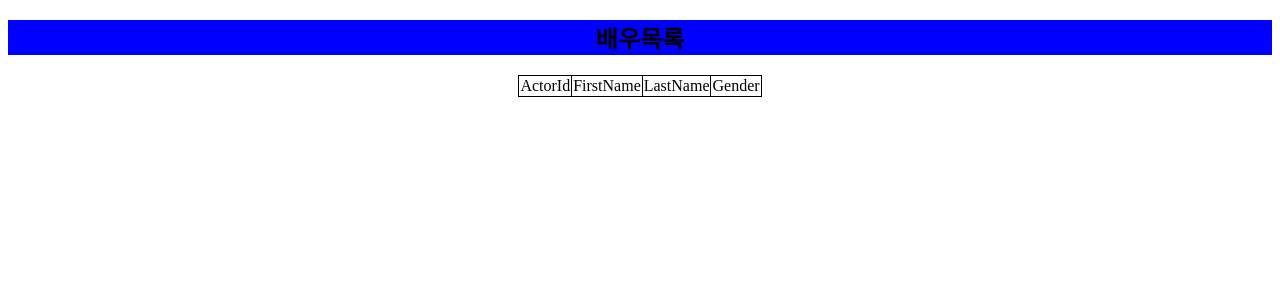
Repository: yzei0323/web
Page: http://localhost/examPrj/actors
An editor plug-in stored every save of this project. The page is shown before and after the next save, followed by the edit.
The browser window is 1280 px wide. The pictures show the whole page.
The page is served by Tomcat 9. Other server files are loaded and not shown. Queries for data that is not in the repository find no rows.

Above is the page before, as saved 2025-04-10 05:49:34.

### webExam/examPrj/src/main/webapp/list.jsp
<%@page import="examPrj.Actor"%>
<%@page import="java.util.ArrayList"%>
<%@ page language="java" contentType="text/html; charset=UTF-8"
    pageEncoding="UTF-8"%>
<!DOCTYPE html>
<html>
<head>
<meta charset="UTF-8">
<title>Insert title here</title>
<link href="actor.css" rel="stylesheet">
</head>
<body>

<% ArrayList<Actor> list = (ArrayList<Actor>)request.getAttribute("actorList"); %>


<h2>배우목록</h2>
<table>
	<tr>
	<td>ActorId</td>
	<td>FirstName</td>
	<td>LastName</td>
	<td>Gender</td>
	</tr>


<% for(Actor actor : list) { %>
	<tr>
	<td><%=actor.getActor_id() %></td>
	<td><%=actor.getFirst_name() %></td>
	<td><%=actor.getLast_name() %></td>
	<td><%=actor.getGender() %></td>
	</tr>
	<%} %>

</table>

</body>
</html>

### webExam/examPrj/src/main/java/examPrj/ActorsController.java
package examPrj;

import java.io.IOException;
import java.util.ArrayList;

import javax.servlet.ServletException;
import javax.servlet.annotation.WebServlet;
import javax.servlet.http.HttpServlet;
import javax.servlet.http.HttpServletRequest;
import javax.servlet.http.HttpServletResponse;


@WebServlet("/actors")
public class ActorsController extends HttpServlet{


	@Override
	protected void doGet(HttpServletRequest req, HttpServletResponse resp) throws ServletException, IOException {


		ActorService a = new ActorService();
		ArrayList<Actor> list = a.actorList();


		req.setAttribute("actorList", list);


		req.getRequestDispatcher("list.jsp").forward(req, resp);


	}
}

### webExam/examPrj/src/main/java/examPrj/ActorService.java
package examPrj;

import java.util.ArrayList;

public class ActorService {

	ActorDAO dao = new ActorDAO();

	public ArrayList<Actor> actorList(){

		ArrayList<Actor> list = dao.selectAll();

		return list;
	}
}

### webExam/examPrj/src/main/java/examPrj/ActorDAO.java
package examPrj;

import java.sql.Connection;
import java.sql.DriverManager;
import java.sql.PreparedStatement;
import java.sql.ResultSet;
import java.sql.SQLException;
import java.util.ArrayList;


public class ActorDAO {


	String driver="oracle.jdbc.driver.OracleDriver";
	String url="jdbc:oracle:thin:@localhost:1521:testdb";
	String user="scott";
	String password="tiger";


	public Connection dbcon() {
		Connection con=null;
		try {
			Class.forName(driver);
			con  =DriverManager.getConnection(url, user, password);
			if( con != null) System.out.println("db ok");


		} catch (ClassNotFoundException e) {
			// TODO Auto-generated catch block
			e.printStackTrace();
		} catch (SQLException e) {
			// TODO Auto-generated catch block
			e.printStackTrace();
		}

		return con;
	}



	public ArrayList<Actor> selectAll(){

		ArrayList<Actor> list = new ArrayList<>();

		Connection con = dbcon();
		String sql = "select * from actor";

		try {
			PreparedStatement pst = con.prepareStatement(sql);
			ResultSet rs = pst.executeQuery();

			while(rs.next()) {
				String actor_id = rs.getString(1);
				String first_name = rs.getString(2);
				String last_name = rs.getString(3);
				String gender = rs.getString(4);

				Actor actor = new Actor(actor_id, first_name, last_name, gender);
				list.add(actor);
			}

			pst.close();
			rs.close();
			con.close();

		} catch (SQLException e) {
			// TODO Auto-generated catch block
			e.printStackTrace();
		}

		return list;

	}





}

### webExam/examPrj/src/main/webapp/actor.css
@charset "UTF-8";
h2{
	text-align: center;
	background-color: blue;
}

table{
	border: 1px solid black;
	margin: 0 auto;
	border-collapse: collapse;
}

td,tr{
	border: 1px solid black;
}

After the next save:
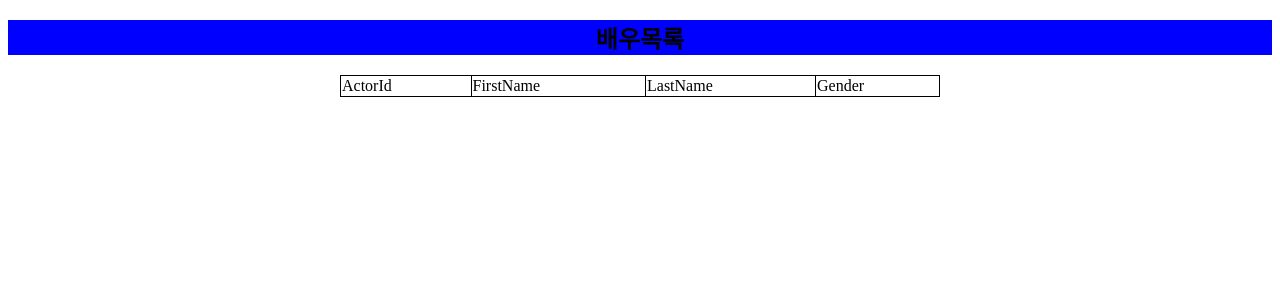
Saved 13 s later.
--- a/webExam/examPrj/src/main/webapp/actor.css
+++ b/webExam/examPrj/src/main/webapp/actor.css
@@ -8,6 +8,7 @@ table{
 	border: 1px solid black;
 	margin: 0 auto;
 	border-collapse: collapse;
+	width: 600px;
 }
 
 td,tr{
